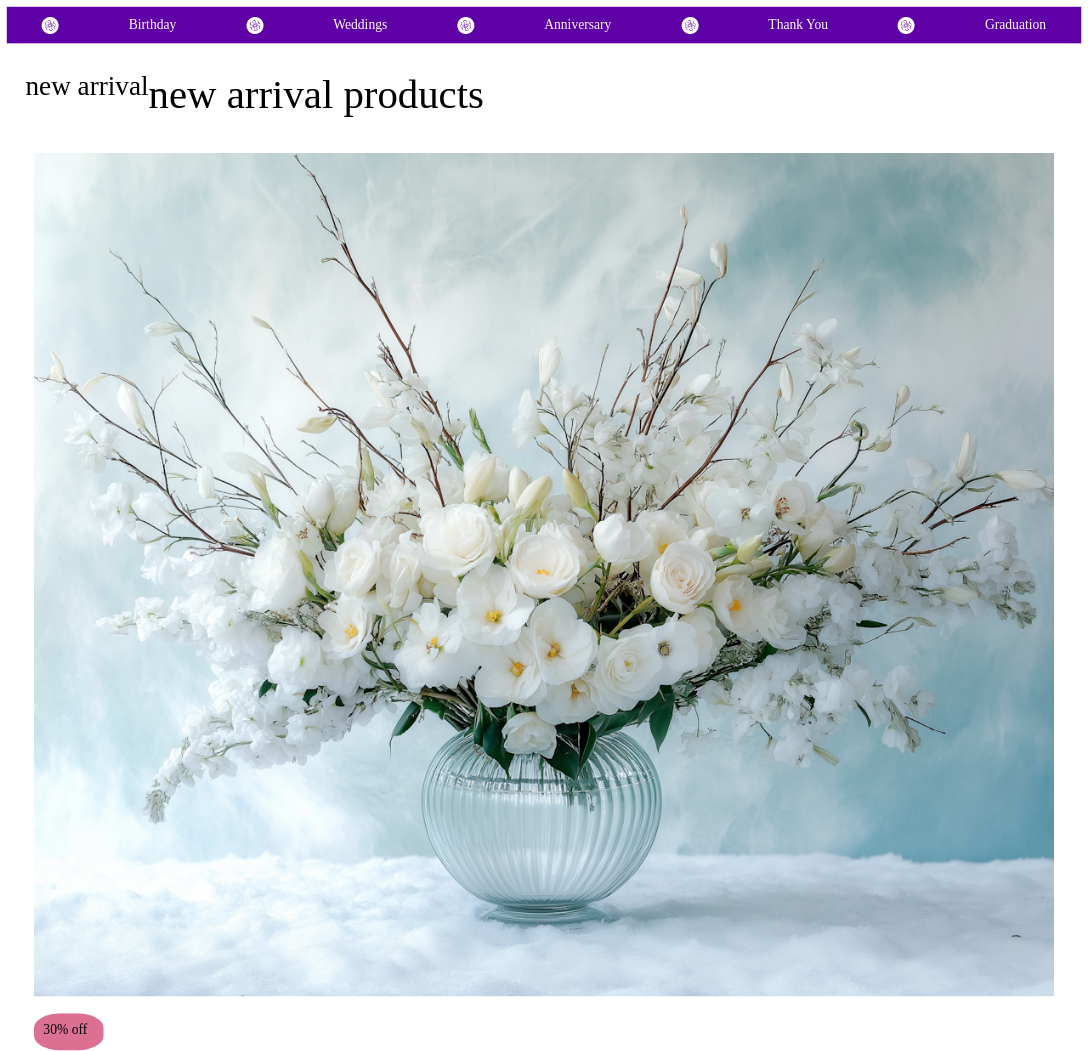
Repository: KolawoleTemilade/classroom-learning
Page: newarrival/index.html
An editor plug-in stored every save of this project. The page is shown before and after the next save, followed by the edit.
The browser window is 1280 px wide. The pictures show the whole page, at 85% of full size.

Above is the page before, as saved 2025-10-01 18:20:32.

### newarrival/index.html
<!DOCTYPE html>
<html lang="en">
  <head>
    <meta charset="UTF-8" />
    <meta name="viewport" content="width=h, initial-scale=1.0" />
    <title>new arrival</title>
    <link rel="stylesheet" href="style.css" />
  </head>
  <body>
    <section class="new-arrival-sect">
      <div class="marq-sect">
        <div class="marque">
          <img
            src="../newarrival/images/icons/marqueflower.png"
            alt="flower-icon"
            width="20"
            height="20"
          />
          <span>birthday</span>
          <img
            src="../newarrival/images/icons/marqueflower.png"
            alt="flower-icon"
            width="20"
            height="20"
          />
          <span>weddings</span>
          <img
            src="../newarrival/images/icons/marqueflower.png"
            alt="flower-icon"
            width="20"
            height="20"
          />
          <span>anniversary</span>
          <img
            src="../newarrival/images/icons/marqueflower.png"
            alt="flower-icon"
            width="20"
            height="20"
          />
          <span>thank you</span>
          <img
            src="../newarrival/images/icons/marqueflower.png"
            alt="flower-icon"
            width="20"
            height="20"
          />
          <span>graduation</span>
        </div>
      </div>
      <div class="new-arrival">
        <div class="new-arrival-title">
          <p class="title1">
            new arrival
            <span class="title2">new arrival <span>products</span></span>
          </p>
        </div>
        <div class="new-arrival-product-card">
          <div class="product-card">
            <div class="img-sect">
              <img src="./images/new-arrival/flower1.png" alt="flower1" />
              <div class="absolute-container">
                <p class="slash">30% off</p>
              </div>
            </div>
            <div class="text-sect"></div>
          </div>
        </div>
      </div>
    </section>
  </body>
</html>

### newarrival/style.css
.new-arrival-sect{
    display: flex;
    flex-direction: column;
    align-items: center;
    justify-content: center;
}

.marq-sect{
    background-color: #5E00A6;
    height:6vh;
    width: 100%;
    align-content: center;
}
.marque {
    display: flex;
    align-content: center;
    justify-content:space-around ;
}
.marque > span {
    text-transform: capitalize;
    color: white;
}
.title1{
    font-size: 2rem;
    display: flex;
    fd
}
.title2 {
    font-size: 3rem;
}
.new-arrival-title > h2 {
    color: #5E00A6;
}
.product-card {
    display: flex;
    padding: 10px;
    background: white;
}
.img-sect {
    position: relative;
}
.absolute-container > p{
    /* width: 100%; */
}
.slash {
    position: absolute;
    top: left;
    background: palevioletred;
    padding: 10px;
    width: 5%;
    height: 3vh;
    border: 1px solid transparent;
    border-radius: 40%;
}

After the next save:
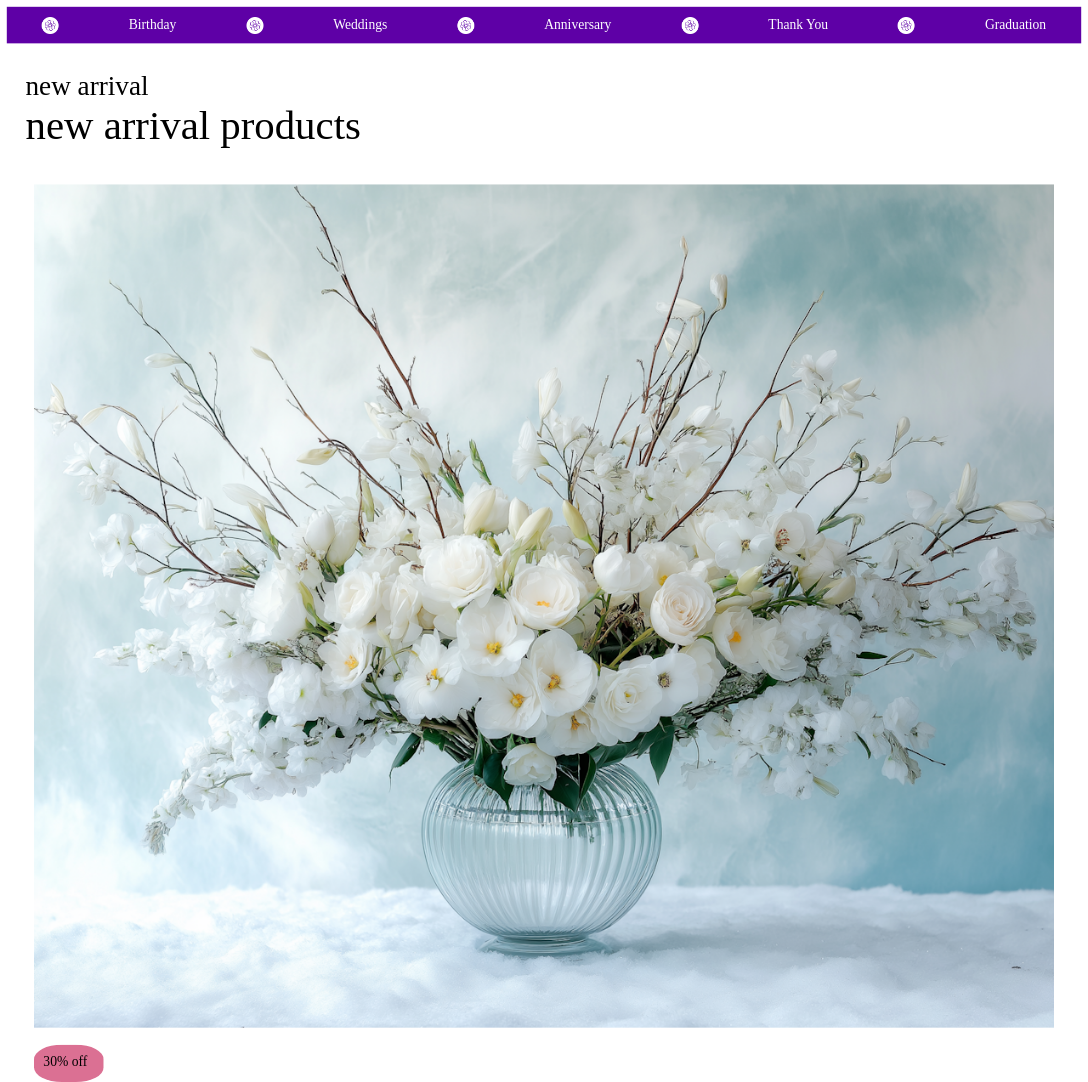
Saved 4 s later.
--- a/newarrival/style.css
+++ b/newarrival/style.css
@@ -23,7 +23,8 @@
 .title1{
     font-size: 2rem;
     display: flex;
-    fd
+    flex-direction: column;
+
 }
 .title2 {
     font-size: 3rem;
